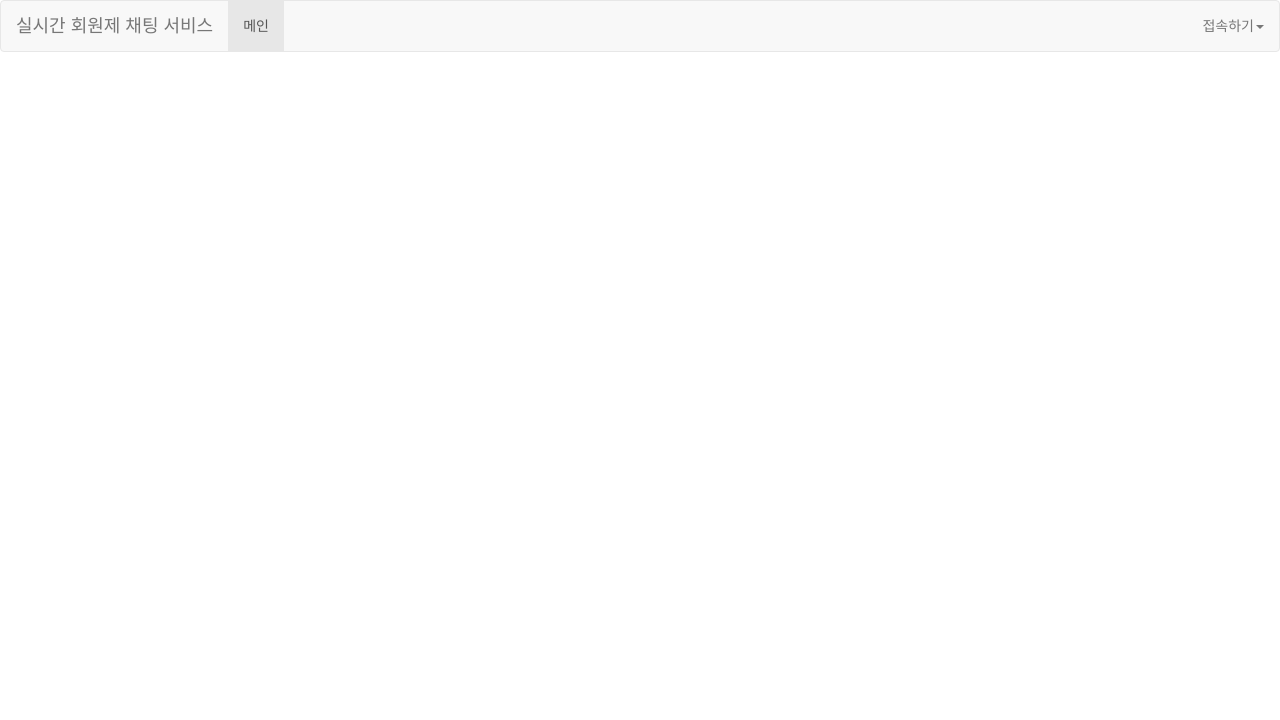
Repository: pojh5090/membership
Page: http://localhost/UserChat/
These files come from the project's save history. The page is drawn as it stood at one moment and after the next save; the edit follows.
The browser window is 1280 px wide. The pictures show the whole page.
Some web fonts or font styles are not loaded; a fallback is used. Some web libraries are served in a nearby version. The page is served by Tomcat 9.

Above is the page before, as saved 2020-03-31 07:02:55.

After the next save:
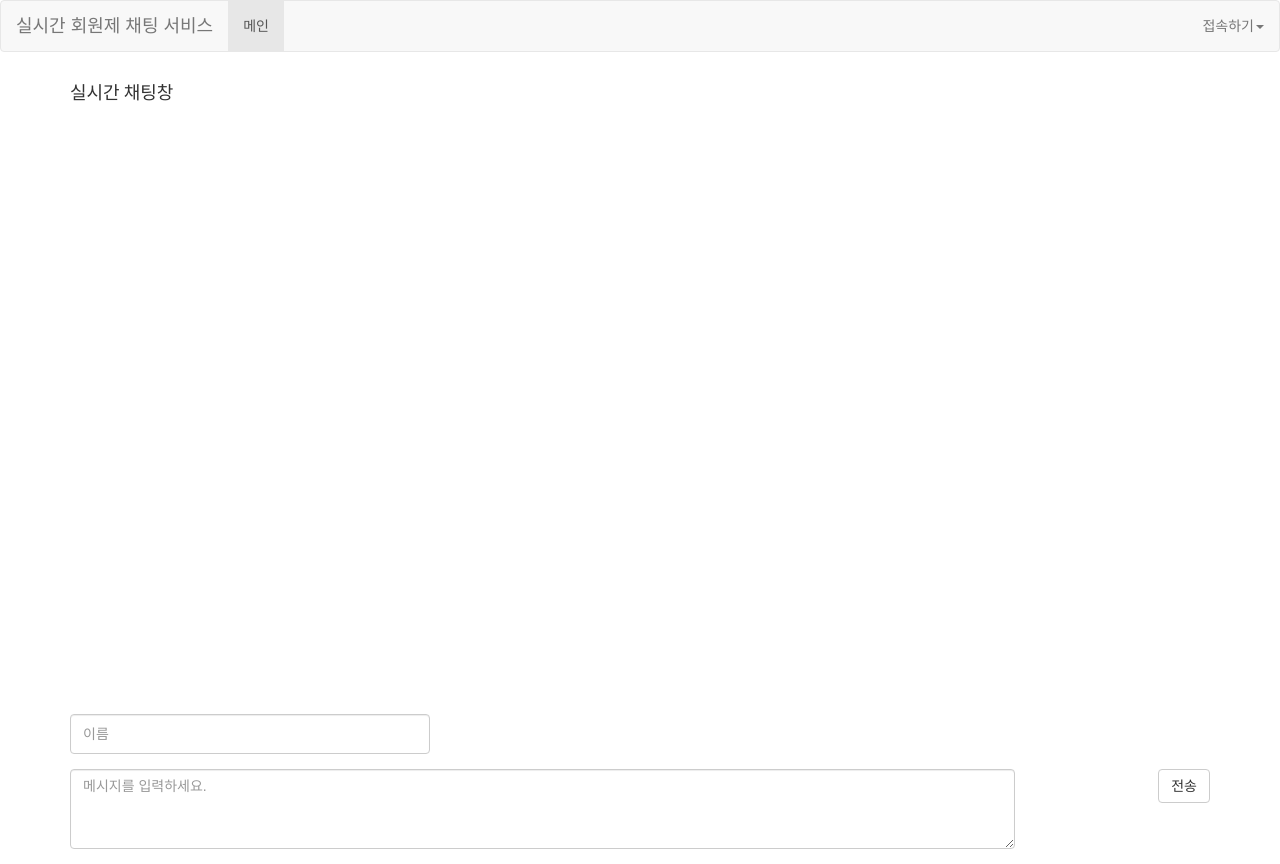
Saved 12 min 9 s later.
--- a/UserChat/WebContent/index.jsp
+++ b/UserChat/WebContent/index.jsp
@@ -64,6 +64,39 @@
 			%>
 			</div>
 		</nav>
+		<div class="container bootstrap snippet">
+			<div class="row">
+				<div class="col-xs-12">
+					<div class="portlet portlet-default">
+						<div class="portlet-heading">
+							<div class="portlet-title">
+								<h4><i calss="fa fa-circle text-green"></i>실시간 채팅창</h4>
+							</div>
+							<div class="clearfix"></div>
+						</div>
+						<div id="chat" class="panel-collapse collapse in">
+							<div id="chatList" class="portlet-body chat-widget" style="overflow-y: auto; width:auto; height: 600px;">
+							</div>
+							<div class="portlet-footer">
+								<div class="row">
+									<div class="form-group col-xs-4">
+										<input style="height: 40px;" type="text" id="chatName" class="form-control" placeholder="이름" maxlength="8">
+									</div>
+								</div>
+								<div class="row" style="height: 90px;">
+									<div class="form-group col-xs-10">
+										<textarea style="height: 80px;" id="chatContent" class="form-control" placeholder="메시지를 입력하세요."  maxlength="100"></textarea>
+									</div>
+									<div class="form-group col-xs-2">
+										<button type="button" class="btn btn-default pull-right" onclick="submitFunction();">전송</button>
+										<div class="clearfix"></div>
+									</div>
+								</div>
+							</div>
+					</div>
+				</div>
+			</div>
+		</div>
 			<%
 			String messageContent = null;
 			if(session.getAttribute("messageContent") != null) {
